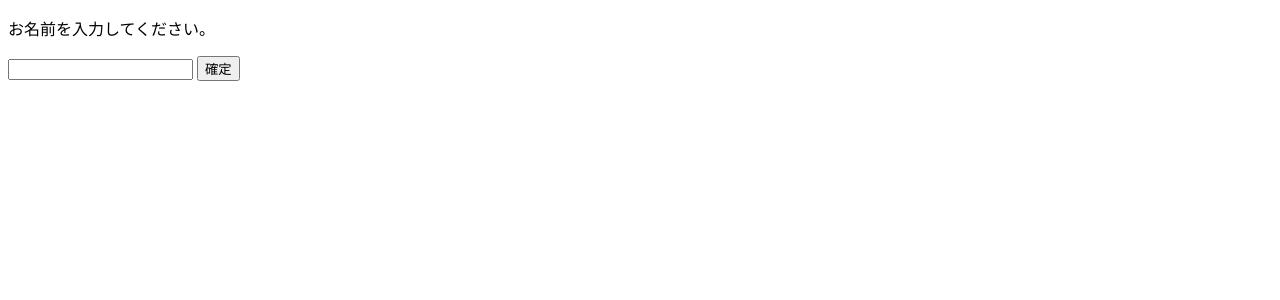
Repository: KimaruHirose/test
Page: http://localhost/HelloJSP/
These files come from the project's save history. The page is drawn as it stood at one moment and after the next save; the edit follows.
The browser window is 1280 px wide. The pictures show the whole page.
The page is served by Tomcat 9.

Above is the page before, as saved 2018-06-01 05:48:01.

After the next save:
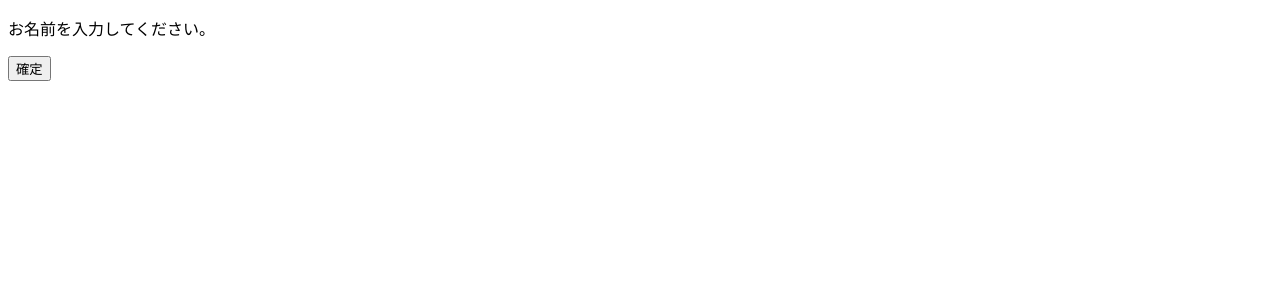
Saved 59 s later.
--- a/HelloJSP/WebContent/index.jsp
+++ b/HelloJSP/WebContent/index.jsp
@@ -9,7 +9,7 @@
 <body>
 <p>お名前を入力してください。</p>
 <form method="post"action="greeting-out.jsp">
-<input type="text"name="user">
+
 <input type="submit"value="確定">
 </form>
 </body>

After the save that followed:
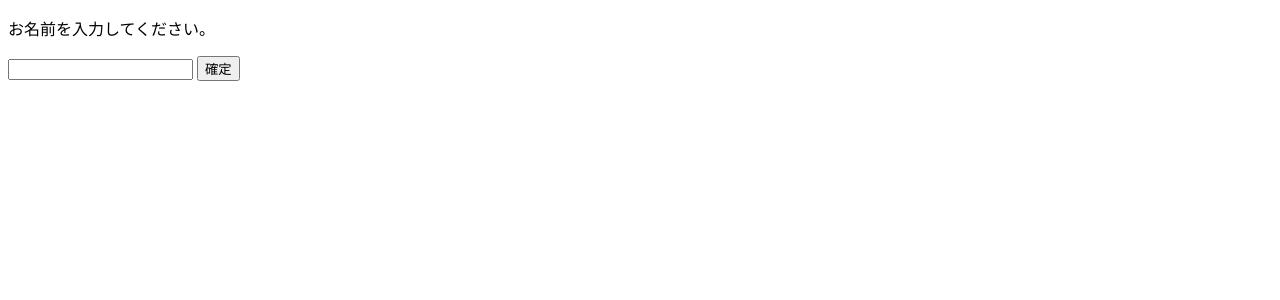
Saved 17 s later.
--- a/HelloJSP/WebContent/index.jsp
+++ b/HelloJSP/WebContent/index.jsp
@@ -9,7 +9,7 @@
 <body>
 <p>お名前を入力してください。</p>
 <form method="post"action="greeting-out.jsp">
-
+<input type="text"name="user">
 <input type="submit"value="確定">
 </form>
 </body>
